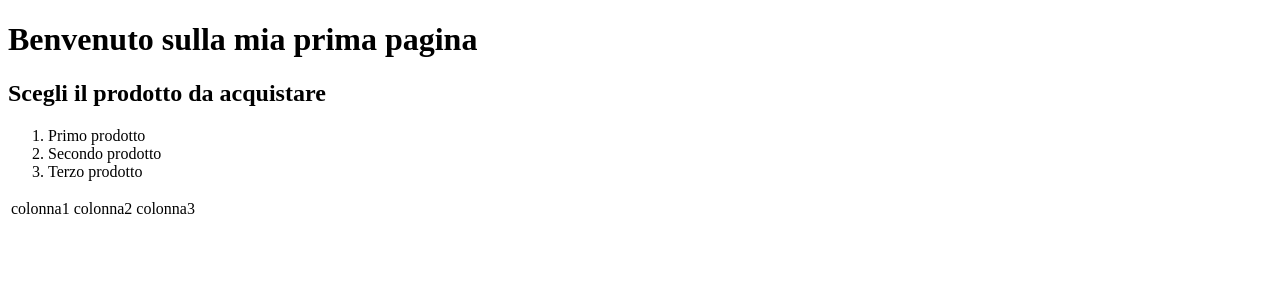
Repository: AndreaGuastaferro/Repository_Andrea_Guastaferro_Front
Page: cartella_html/NUOVO_HTML/NewFile.html
These files come from the project's save history. The page is drawn as it stood at one moment and after the next save; the edit follows.
The browser window is 1280 px wide. The pictures show the whole page.

Above is the page before, as saved 2018-10-22 08:28:23.

After the next save:
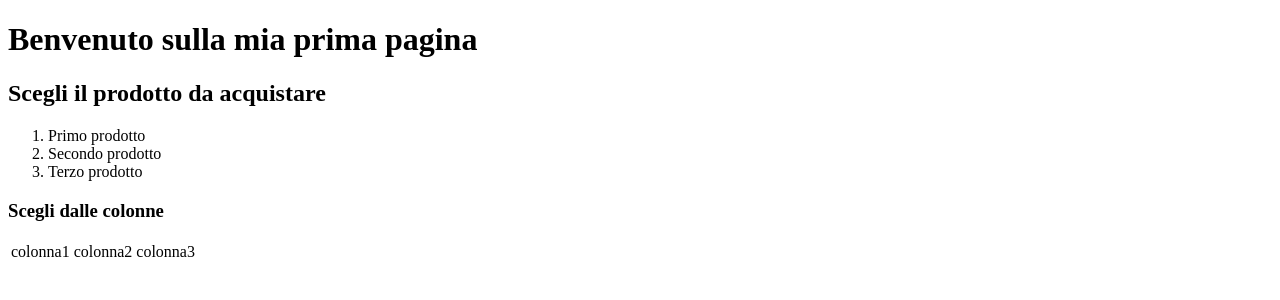
Saved 29 s later.
--- a/cartella_html/NUOVO_HTML/NewFile.html
+++ b/cartella_html/NUOVO_HTML/NewFile.html
@@ -13,6 +13,8 @@
 		<li> Terzo prodotto </li>
 	</ol>
 
+	<h3> Scegli dalle colonne</h3>
+
 	<table>
 		<tr>
 		<td>colonna1</td>
